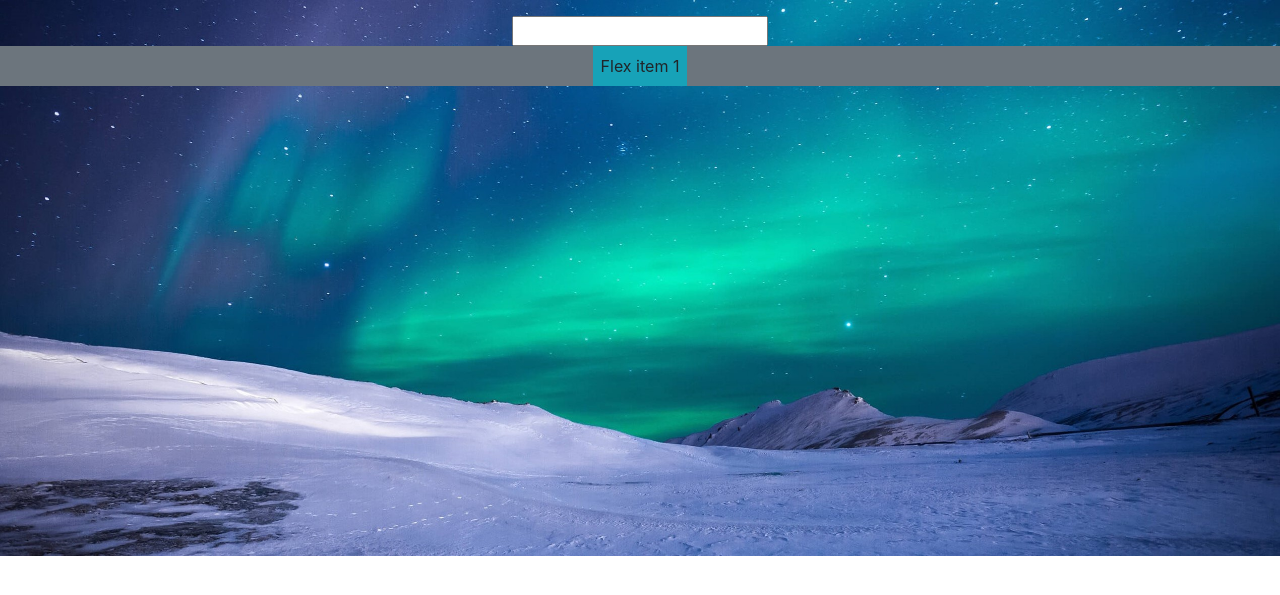
Repository: DHUAVH/Blog
Page: test/test.html
The author's editor kept a copy of each file at every save. The page is drawn from the files as they stood at one save, then again after the next save.
The browser window is 1280 px wide. The pictures show the whole page.
Some web libraries are served in a nearby version.

Above is the page before, as saved 2020-11-29 17:03:20.

After the next save:
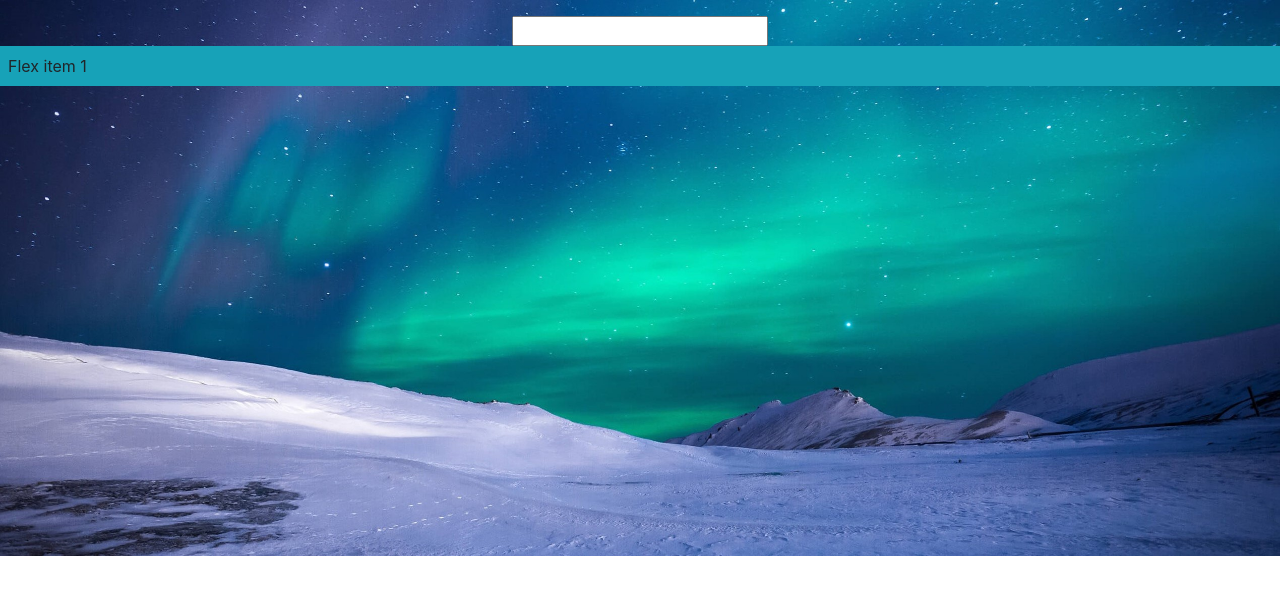
Saved 17 s later.
--- a/test/test.html
+++ b/test/test.html
@@ -24,9 +24,11 @@
       <div class="d-flex justify-content-center">
          <input type="text">
       </div>
-      <div class="d-flex justify-content-center bg-secondary mb-3">
+      <div class="justify-content-center bg-secondary mb-3">
          <div class="p-2 bg-info">Flex item 1</div>
        </div>
+
+       <div></div>
    </div>
 
 

After the save that followed:
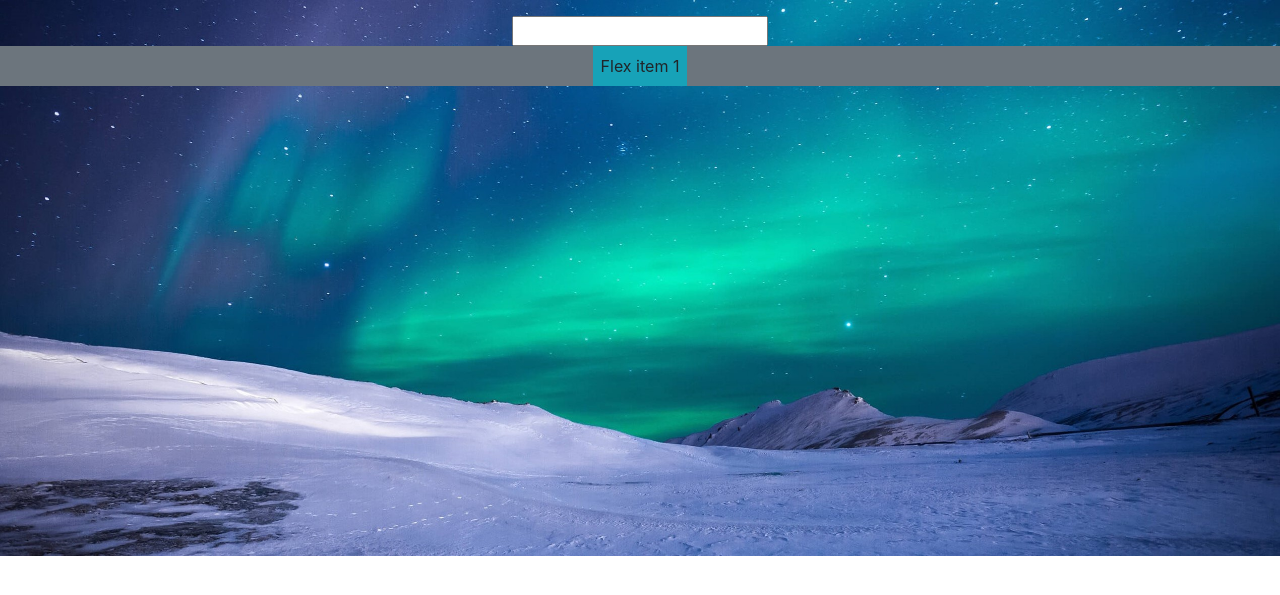
Saved 6 s later.
--- a/test/test.html
+++ b/test/test.html
@@ -24,7 +24,7 @@
       <div class="d-flex justify-content-center">
          <input type="text">
       </div>
-      <div class="justify-content-center bg-secondary mb-3">
+      <div class="d-flex justify-content-center bg-secondary mb-3">
          <div class="p-2 bg-info">Flex item 1</div>
        </div>
 
